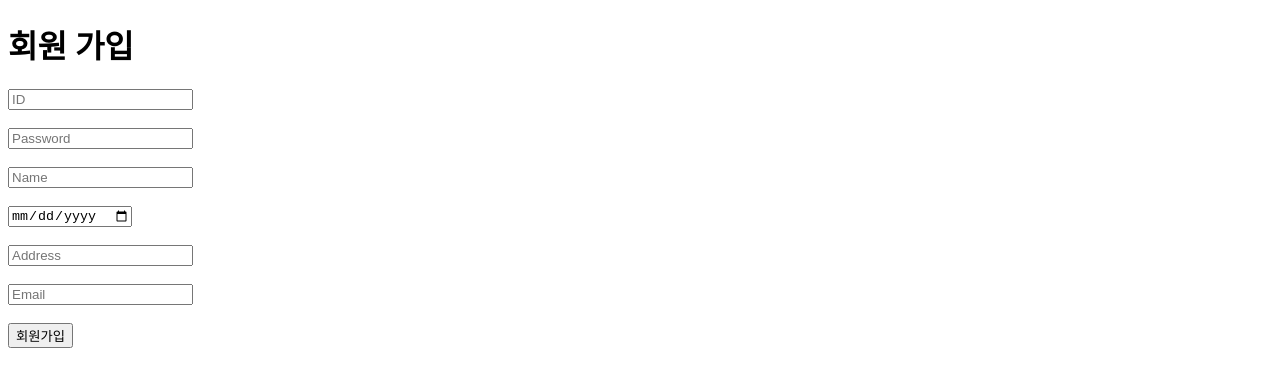
Repository: jjb5442/JSP
Page: http://localhost/06_Java_Bean_tutorial/Register.jsp
An editor plug-in stored every save of this project. The page is shown before and after the next save, followed by the edit.
The browser window is 1280 px wide. The pictures show the whole page.
The page is served by Tomcat 9. Other server files are loaded and not shown.

Above is the page before, as saved 2022-05-28 00:53:32.

### 8Day/workspace/06_Java_Bean_tutorial/src/main/webapp/Register.jsp
<%@ page language="java" contentType="text/html; charset=UTF-8"
    pageEncoding="UTF-8"%>
<!DOCTYPE html>
<html>
<head>
<meta charset="UTF-8">
<title>Insert title here</title>
</head>
<body>
	<h1>회원 가입</h1>
	<form action="Register_Result.jsp" method="post">
		<input type="text"		name="id"		placeholder="ID" 		required><br/><br/>
		<input type="password"	name="password"	placeholder="Password" 	required><br/><br/>
		<input type="text"		name="name"		placeholder="Name" 		required><br/><br/>
		<input type="date"		name="birthday"	 						required><br/><br/>
		<input type="text"		name="address"	placeholder="Address" 	required><br/><br/>
		<input type="email"		name="email"	placeholder="Email" 	required><br/><br/>
		<input type="submit"	value="회원가입">
	</form>
</body>
</html>

After the next save:
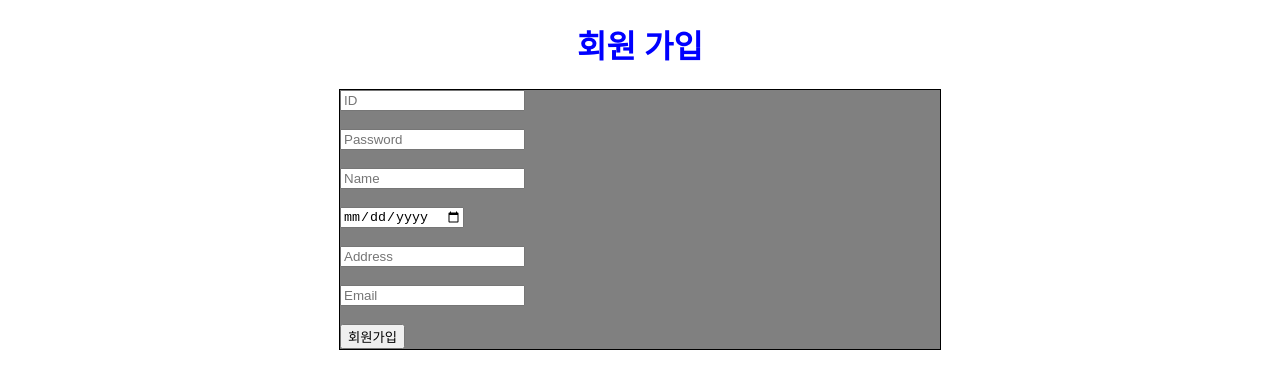
Saved 14 min 8 s later.
--- a/8Day/workspace/06_Java_Bean_tutorial/src/main/webapp/Register.jsp
+++ b/8Day/workspace/06_Java_Bean_tutorial/src/main/webapp/Register.jsp
@@ -5,17 +5,31 @@
 <head>
 <meta charset="UTF-8">
 <title>Insert title here</title>
+<style type="text/css">
+	#FormArea{
+		margin: auto;
+		width: 600px;
+		border: 1px solid black;
+		background-color: gray;
+	}
+	h1{
+		text-align: center;
+		color: blue;
+	}
+</style>
 </head>
 <body>
 	<h1>회원 가입</h1>
-	<form action="Register_Result.jsp" method="post">
-		<input type="text"		name="id"		placeholder="ID" 		required><br/><br/>
-		<input type="password"	name="password"	placeholder="Password" 	required><br/><br/>
-		<input type="text"		name="name"		placeholder="Name" 		required><br/><br/>
-		<input type="date"		name="birthday"	 						required><br/><br/>
-		<input type="text"		name="address"	placeholder="Address" 	required><br/><br/>
-		<input type="email"		name="email"	placeholder="Email" 	required><br/><br/>
-		<input type="submit"	value="회원가입">
-	</form>
+	<section id="FormArea">
+		<form action="Register_Result.jsp" method="post">
+			<input type="text"		name="id"		placeholder="ID" 		required><br/><br/>
+			<input type="password"	name="password"	placeholder="Password" 	required><br/><br/>
+			<input type="text"		name="name"		placeholder="Name" 		required><br/><br/>
+			<input type="date"		name="birthday"	 						required><br/><br/>
+			<input type="text"		name="address"	placeholder="Address" 	required><br/><br/>
+			<input type="email"		name="email"	placeholder="Email" 	required><br/><br/>
+			<input type="submit"	value="회원가입">
+		</form>
+	</section>
 </body>
 </html>
